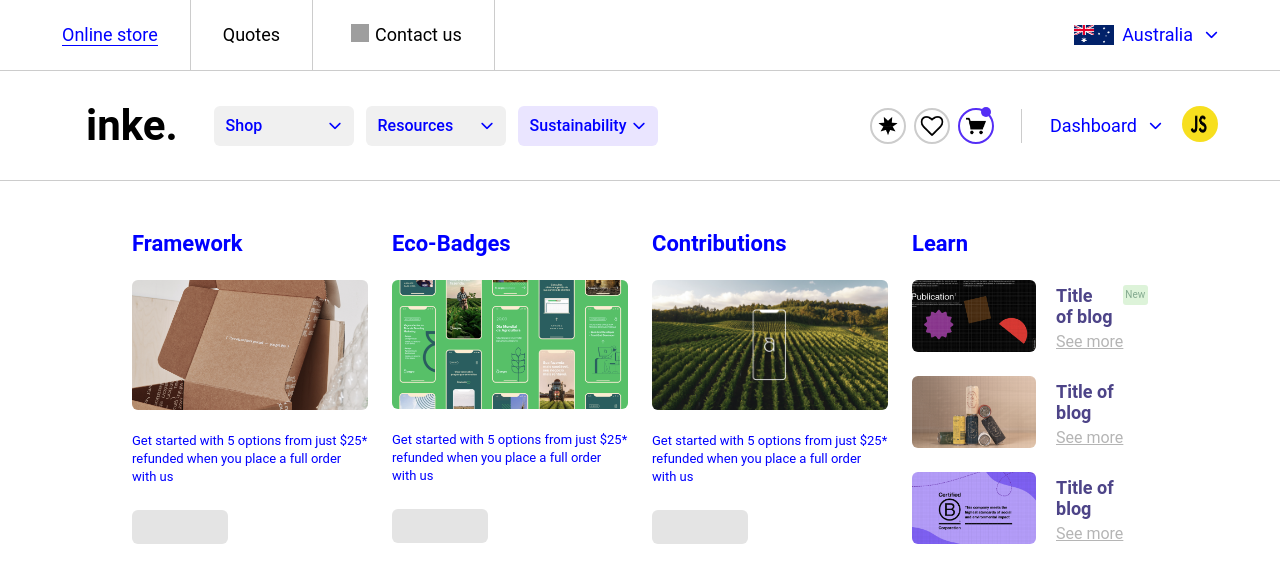
Repository: NguyenMinhKhanhB1909929/Practice_HTML-01
Page: index.html
The author's editor kept a copy of each file at every save. The page is drawn from the files as they stood at one save, then again after the next save.
The browser window is 1280 px wide. The pictures show the whole page.
Pictures or frames that could not be fetched are drawn as grey boxes. Some web libraries are served in a nearby version.

Above is the page before, as saved 2022-04-07 18:55:59.

### index.html
<!DOCTYPE html>
<html lang="en">
  <head>
    <meta charset="UTF-8" />
    <meta http-equiv="X-UA-Compatible" content="IE=edge" />
    <meta name="viewport" content="width=device-width, initial-scale=1.0" />
    <title>Practice 1</title>
    <link rel="stylesheet" href="./asset/style/style.css" />
    <link
      rel="stylesheet"
      href="https://cdnjs.cloudflare.com/ajax/libs/font-awesome/6.1.1/css/all.min.css"
    />
  </head>
  <body>
    <div class="main">
      <header class="header">
        <div class="header__about">
          <div class="header__about-text">
            <a href="" class="active">Online store</a>
          </div>
          <div class="header__about-text">
            <a href="">Quotes</a>
          </div>
          <div class="header__about-text">
            <img
              src="https://emojipedia-us.s3.dualstack.us-west-1.amazonaws.com/thumbs/120/google/313/waving-hand_1f44b.png"
              alt=""
              class="header__about-text__img"
            />
            <p class="m-0">
              <a href="">Contact us</a>
            </p>
          </div>
        </div>
        <div class="header__nation">
          <div class="header__nation-wrap">
            <div class="header__nation-flag">
              <img
                src="./asset/img/Australia.svg.webp"
                alt="abc"
                class="header__nation-flag-img"
              />
            </div>
            <div class="header__nation-name">
              <p class="m-0">Australia</p>
            </div>
            <div class="header__nation-icon">
              <i class="fa-solid fa-chevron-down"></i>
            </div>
          </div>
        </div>
      </header>
      <nav class="nav">
        <div class="nav__category">
          <div class="nav__logo">
            <a href="" class="nav__logo-link">inke.</a>
          </div>

          <div class="nav__category-opt">
            <p class="nav__category-opt-name">Shop</p>
            <div class="nav__category-opt-icon">
              <i class="fa-solid fa-chevron-down"></i>
            </div>
          </div>

          <div class="nav__category-opt">
            <p class="nav__category-opt-name">Resources</p>
            <div class="nav__category-opt-icon">
              <i class="fa-solid fa-chevron-down"></i>
            </div>
          </div>
          <div class="nav__category-opt active-btn">
            <p class="nav__category-opt-name">Sustainability</p>
            <div class="nav__category-opt-icon">
              <i class="fa-solid fa-chevron-down"></i>
            </div>
          </div>
        </div>
        <div class="nav__wrap">
          <div class="nav__icon-wrap">
            <div class="nav__icon">
              <img
                src="./asset/img/seven-pointed-star-vector-icon-seven-pointed-star-icon-vector-seven-pointed-star-icon-seven-pointed-star-vector-icon-96183751.jpg"
                alt=""
                class="nav__icon-img"
              />
            </div>
            <div class="nav__icon">
              <img
                src="./asset/img/heart-icon-free-vector.jpg"
                alt=""
                class="nav__icon-img"
              />
            </div>
            <div class="nav__icon active-icon">
              <img
                src="./asset/img/cart-icon-20.jpg"
                alt=""
                class="nav__icon-img"
              />
            </div>
          </div>
          <div class="nav__dash-wrap">
            <div class="nav__das-group">
              <p class="m-0 nav__das-text">Dashboard</p>
              <div class="nav__dash-icon">
                <i class="fa-solid fa-chevron-down"></i>
              </div>
            </div>
            <div class="nav__dash-user">
              <img
                src="./asset/img/images.png"
                alt=""
                class="nav__dash-user-img"
              />
            </div>
          </div>
        </div>
      </nav>
      <div class="container">
        <div class="row">
          <div class="col">
            <div class="container__heading">
              <p class="m-0 container__heading-name">Framework</p>
            </div>
            <div class="container__content">
              <img
                src="./asset/img/image 1.PNG"
                alt=""
                class="container__content-img"
              />
              <p class="container__content-desc">
                Get started with 5 options from just $25* refunded when you
                place a full order with us
              </p>
            </div>
            <button class="btn"></button>
          </div>
          <div class="col">
            <div class="container__heading">
              <p class="m-0 container__heading-name">Eco-Badges</p>
            </div>
            <div class="container__content">
              <img
                src="./asset/img/image2.PNG"
                alt=""
                class="container__content-img"
              />
              <p class="container__content-desc">
                Get started with 5 options from just $25* refunded when you
                place a full order with us
              </p>
            </div>
            <button class="btn"></button>
          </div>
          <div class="col">
            <div class="container__heading">
              <p class="m-0 container__heading-name">Contributions</p>
            </div>
            <div class="container__content">
              <img
                src="./asset/img/image3.PNG"
                alt=""
                class="container__content-img"
              />
              <p class="container__content-desc">
                Get started with 5 options from just $25* refunded when you
                place a full order with us
              </p>
            </div>
            <button class="btn"></button>
          </div>
          <div class="col">
            <div class="container__heading">
              <p class="m-0 container__heading-name">Learn</p>
            </div>
            <div class="container__content">
              <div class="container__content-group">
                <div class="container__content-group-img">
                  <img
                    src="./asset/img/image4.PNG"
                    alt=""
                    class="content-img"
                  />
                </div>
                <div class="container__content-group-title-more">
                  <div class="container__content-title-group">
                    <p class="container__content-title">Title of blog</p>
                    <a class="container__content-title-btn">New</a>
                  </div>
                  <a href="" class="container__content-more">See more</a>
                </div>
              </div>
              <div class="container__content-group">
                <div class="container__content-group-img">
                  <img
                    src="./asset/img/image6.PNG"
                    alt=""
                    class="content-img"
                  />
                </div>
                <div class="container__content-group-title-more">
                  <p class="container__content-title">Title of blog</p>
                  <a href="" class="container__content-more">See more</a>
                </div>
              </div>
              <div class="container__content-group">
                <div class="container__content-group-img">
                  <img
                    src="./asset/img/image7.PNG"
                    alt=""
                    class="content-img"
                  />
                </div>
                <div class="container__content-group-title-more">
                  <p class="container__content-title">Title of blog</p>
                  <a href="" class="container__content-more">See more</a>
                </div>
              </div>
            </div>
          </div>
        </div>
      </div>
    </div>
  </body>
</html>

### asset/style/style.css
* {
  box-sizing: border-box;
  margin: 0;
  font-family: "Roboto", sans-serif;
}
.m-0 {
  margin: 0;
}
.main {
}
.header {
  padding: 0 30px;
  display: flex;
  font-size: 18px;
  justify-content: space-between;
  border-bottom: 1px solid #ccc;
}
.header__about {
  display: flex;
}
.header__about-text {
  padding: 24px 32px;
  display: flex;
  border-right: 1px solid #ccc;
}
.header__about-text:hover a {
  color: blue;
  cursor: pointer;
}
.header__about-text__img {
  width: 18px;
  height: 18px;
  display: flex;
  align-items: center;
  margin: 0 6px;
}
.header__nation-wrap {
  display: flex;
}
.header__nation-flag {
  display: flex;
  align-items: center;
}
.header__nation-flag-img {
  width: 40px;
}
.header__nation-name {
  padding: 24px 8px;
}
.header__nation-icon {
  display: flex;
  align-items: center;
  margin: 0 32px 0 4px;
  font-size: 13px;
}
.active {
  color: blue;
  border-bottom: 1px solid blue;
}
a {
  text-decoration: none;
  color: #000;
}

.nav {
  padding: 30px 62px;
  display: flex;
  font-size: 18px;
  justify-content: space-between;
  align-items: center;
  border-bottom: 1px solid #ccc;
}
.nav__category {
  display: flex;
  align-items: center;
}
.nav__logo {
  padding: 0 24px;
}
.nav__logo-link {
  font-size: 42px;
  font-weight: bold;
}
.nav__wrap {
  display: flex;
  align-items: center;
}
.nav__icon-wrap {
  display: flex;
  padding-right: 20px;
  position: relative;
  align-items: center;
  position: relative;
}

.nav__icon {
  width: 36px;
  height: 36px;
  border-radius: 100rem;
  border: 2px solid #ccc;
  display: flex;
  justify-content: center;
  align-items: center;
  margin-right: 8px;
}
.active-icon {
  border: 2px solid #552ef5;
  position: relative;
}
.active-icon::after {
  content: "";
  display: block;
  width: 10px;
  height: 10px;
  background-color: #552ef5;
  position: absolute;
  border-radius: 100rem;
  top: -3px;
  right: 1px;
}
.nav__icon-wrap::after {
  content: "";
  position: absolute;
  display: block;
  height: 34px;
  width: 1px;
  background-color: #ccc;
  right: 0;
  top: 50%;
  transform: translateY(-50%);
}
.nav__dash-wrap {
  display: flex;
  align-items: center;
}
.nav__das-text {
  margin-left: 28px;
}
.nav__dash-icon {
  font-size: 13px;
  margin: 0 12px;
}

.nav__category-opt {
  width: 140px;
  height: 40px;
  border-radius: 6px;
  border: none;
  background-color: #f0f0f0;
  margin-left: 12px;
  padding: 0 12px;
  display: flex;
  align-items: center;
  justify-content: space-between;
  font-size: 16px;
  font-weight: 500;
}
.nav__category-opt:hover {
  background-color: #eae5ff;
}
.nav__category-opt-icon {
  font-size: 13px;
  font-weight: bold;
}
.nav__dash-user {
  margin-left: 8px;
}
.nav__dash-user-img {
  width: 36px;
  border-radius: 100rem;
  height: 36px;
}
.nav__icon-img {
  width: 28px;
  height: 28px;
  border-radius: 100rem;
}
.active-btn {
  background-color: #eae5ff;
}
.container {
  margin: 0 120px;
  padding: 50px 0 0 0;
}
.row {
  display: flex;
}
.col {
  width: 25%;
  padding: 0 12px;
}
.container__heading {
}

.container__heading-name {
  font-size: 22px;
  font-weight: 600;
}
.container__content {
  margin-top: 24px;
}
.container__content-img {
  width: 100%;
  border-radius: 6px;
  margin-bottom: 18px;
}
.container__content-desc {
  font-size: 13px;
  line-height: 18px;
}
.btn {
  height: 34px;
  width: 96px;
  background-color: #e4e4e4;
  border: none;
  border-radius: 6px;
  margin-top: 24px;
}
.container__content-group {
  display: flex;
  margin-bottom: 20px;
}
.container__content-group-img {
  margin-right: 20px;
}
.content-img {
  height: 72px;
  width: 124px;
  border-radius: 6px;
}
.container__content-group-title-more {
  display: flex;
  flex-direction: column;
  justify-content: space-evenly;
}
.container__content-title-group {
  display: flex;
}
.container__content-title {
  font-size: 18px;
  font-weight: 600;
  color: #4d4488;
  margin-right: 10px;
}
.container__content-title-btn {
  font-size: 10px;
  background-color: #ddf3d9;
  width: 44px;
  height: 20px;
  border-radius: 3px;
  text-align: center;
  line-height: 20px;
  color: #84aa90;
}
.container__content-more {
  font-size: 16px;
  color: #b5b5b5;
  text-decoration: underline;
}
.nav__das-group {
  display: flex;
  align-items: center;
}

/* ---------------------Responsive------------------- */
/* PC */
@media screen and (min-width: 64em) {
  * {
    color: blue;
  }
}
/* Tablet */
@media screen and (min-width: 46.25em) and (max-width: 63.9375em) {
  /* Header */
  .header {
    padding: 0;
  }
  /* Nav */
  .nav {
    padding-left: 0;
    padding-right: 0;
  }
  .nav__das-group {
    display: none;
  }
  .nav__category-opt {
    width: auto;
  }
  .nav__category-opt-name {
    margin-right: 8px;
  }
  .nav__dash-user {
    margin-left: 24px;
    margin-right: 20px;
  }
  /* Container */
  /* .container {
    margin: 0 10px;
  } */
  /* .row {
    flex-wrap: wrap;
  } */
  /* .col {
    width: 50%;
    padding: 0;
  } */
}

/* Mobile */
@media screen and (max-width: 46.1875em) {
  * {
    color: red;
  }
}

After the next save:
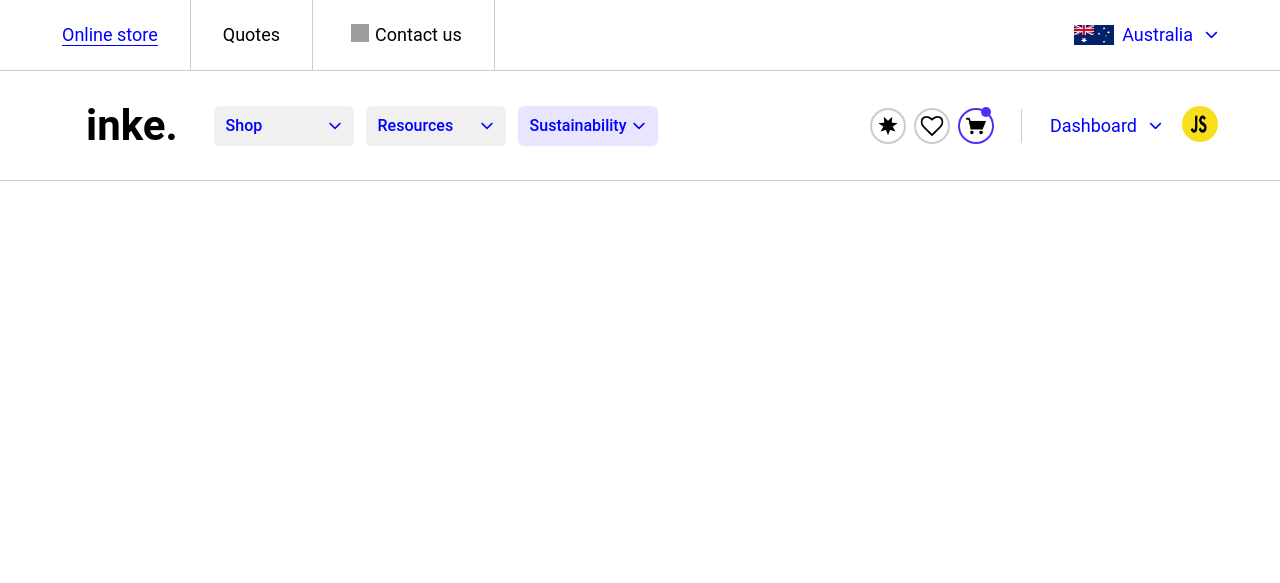
Saved 30 s later.
--- a/index.html
+++ b/index.html
@@ -117,7 +117,7 @@
           </div>
         </div>
       </nav>
-      <div class="container">
+      <!-- <div class="container">
         <div class="row">
           <div class="col">
             <div class="container__heading">
@@ -220,7 +220,7 @@
             </div>
           </div>
         </div>
-      </div>
+      </div> -->
     </div>
   </body>
 </html>
